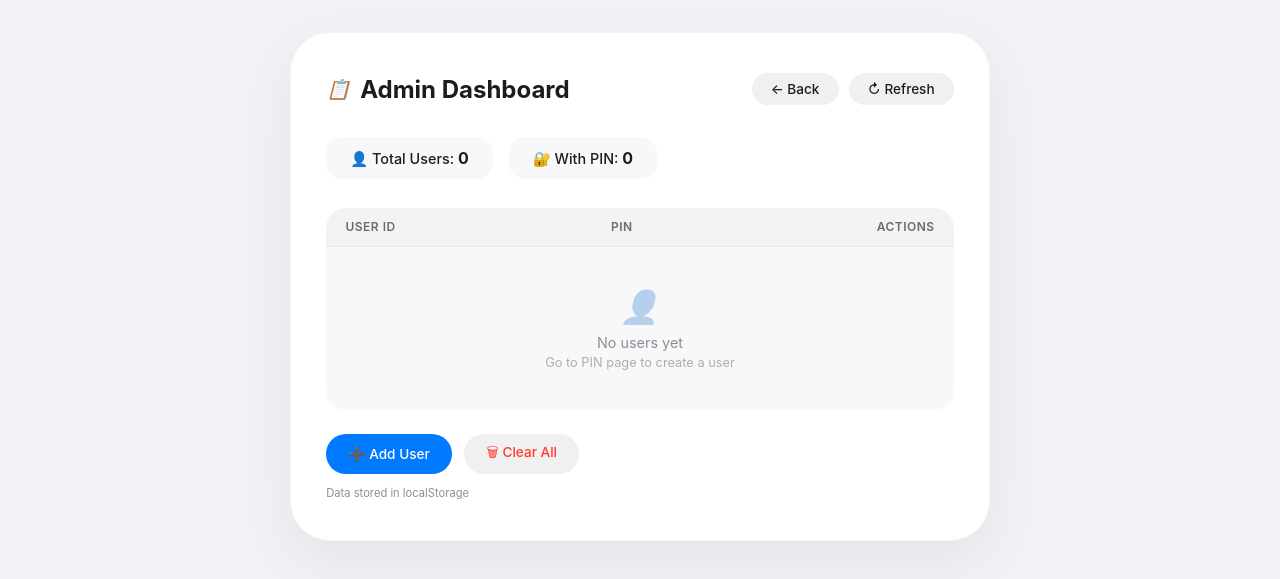
Repository: trenzyfx1/achievebypetra
Page: admin.html
An editor plug-in stored every save of this project. The page is shown before and after a run of saves, followed by the edit.
The browser window is 1280 px wide. The pictures show the whole page.

Above is the page before, as saved 2026-08-25 19:15:37.

After the next 3 saves:
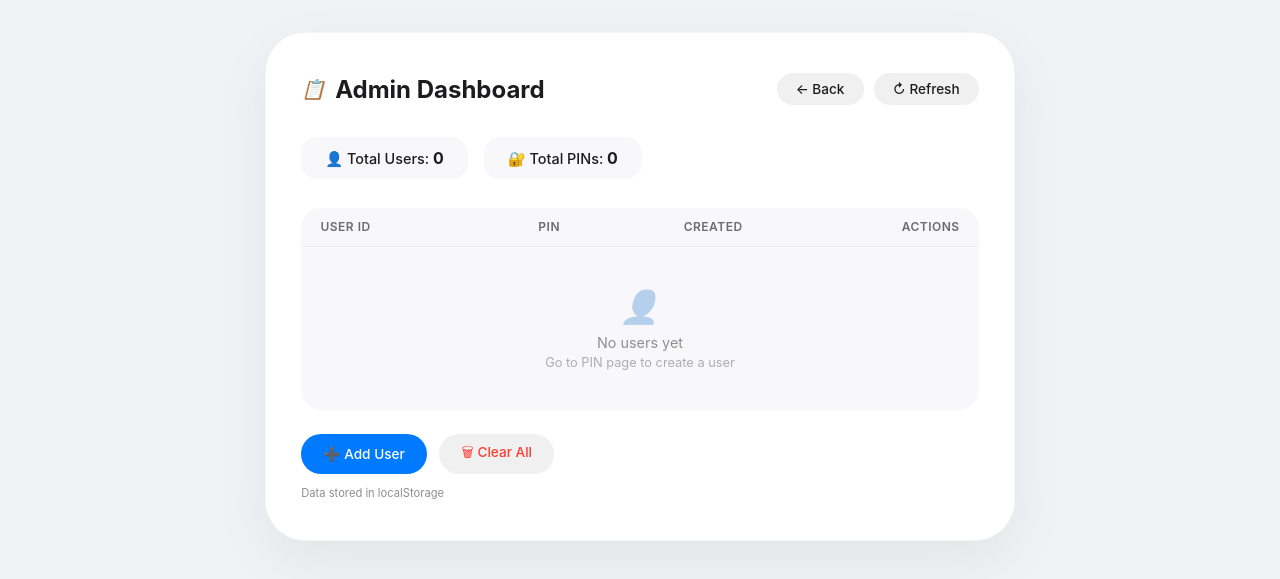
The 3 saves are shown as one change because they came seconds apart.
The last was saved 46 s later.
--- a/admin.html
+++ b/admin.html
@@ -19,7 +19,7 @@
         }
 
         .admin-container {
-            max-width: 700px;
+            max-width: 750px;
             margin: 0 auto;
             background: #ffffff;
             border-radius: 40px;
@@ -117,11 +117,13 @@
             border-radius: 20px;
             overflow: hidden;
             margin-bottom: 1.5rem;
+            max-height: 400px;
+            overflow-y: auto;
         }
 
         .user-list-header {
             display: grid;
-            grid-template-columns: 1fr 1fr auto;
+            grid-template-columns: 1.5fr 1fr 1.5fr auto;
             padding: 0.7rem 1.2rem;
             background: rgba(0,0,0,0.02);
             border-bottom: 1px solid rgba(0,0,0,0.04);
@@ -130,11 +132,15 @@
             color: #6c6c70;
             letter-spacing: 0.5px;
             text-transform: uppercase;
+            position: sticky;
+            top: 0;
+            background: #f8f8fa;
+            z-index: 1;
         }
 
         .user-item {
             display: grid;
-            grid-template-columns: 1fr 1fr auto;
+            grid-template-columns: 1.5fr 1fr 1.5fr auto;
             padding: 0.7rem 1.2rem;
             border-bottom: 1px solid rgba(0,0,0,0.03);
             align-items: center;
@@ -147,15 +153,16 @@
         .user-id {
             font-weight: 500;
             color: #1c1c1e;
-            font-size: 0.9rem;
+            font-size: 0.85rem;
+            font-family: 'SF Mono', 'Courier New', monospace;
         }
 
         .user-pin {
             font-family: 'SF Mono', 'Courier New', monospace;
-            font-weight: 600;
+            font-weight: 700;
             font-size: 0.95rem;
             color: #1c1c1e;
-            letter-spacing: 1.5px;
+            letter-spacing: 2px;
             background: #ffffff;
             padding: 0.2rem 0.8rem;
             border-radius: 40px;
@@ -171,6 +178,11 @@
             letter-spacing: 0;
             background: transparent;
             border: none;
+        }
+
+        .user-time {
+            font-size: 0.75rem;
+            color: #8e8e93;
         }
 
         .user-actions {
@@ -291,6 +303,7 @@
             }
             .user-list-header { display: none; }
             .user-actions { margin-top: 4px; }
+            .user-time { font-size: 0.7rem; }
         }
     </style>
 </head>
@@ -309,7 +322,7 @@
                 <span>👤 Total Users: <span class="count" id="totalUsers">0</span></span>
             </div>
             <div class="stat-box">
-                <span>🔐 With PIN: <span class="count" id="usersWithPin">0</span></span>
+                <span>🔐 Total PINs: <span class="count" id="totalPins">0</span></span>
             </div>
         </div>
 
@@ -317,6 +330,7 @@
             <div class="user-list-header">
                 <span>User ID</span>
                 <span>PIN</span>
+                <span>Created</span>
                 <span>Actions</span>
             </div>
             <div id="userListBody">
@@ -362,7 +376,7 @@
 
             const userListBody = document.getElementById('userListBody');
             const totalUsersEl = document.getElementById('totalUsers');
-            const usersWithPinEl = document.getElementById('usersWithPin');
+            const totalPinsEl = document.getElementById('totalPins');
             const addUserBtn = document.getElementById('addUserBtn');
             const clearAllBtn = document.getElementById('clearAllBtn');
             const refreshBtn = document.getElementById('refreshBtn');
@@ -381,7 +395,7 @@
                 const users = getUsers();
 
                 totalUsersEl.textContent = users.length;
-                usersWithPinEl.textContent = users.filter(u => u.pin && u.pin.length === 4).length;
+                totalPinsEl.textContent = users.filter(u => u.pin && u.pin.length === 4).length;
 
                 if (users.length === 0) {
                     userListBody.innerHTML = `
@@ -395,7 +409,9 @@
                 }
 
                 let html = '';
-                users.forEach((u) => {
+                // Show newest first (reverse order)
+                const reversedUsers = [...users].reverse();
+                reversedUsers.forEach((u) => {
                     const hasPin = u.pin && u.pin.length === 4;
                     html += `
                         <div class="user-item">
@@ -403,8 +419,8 @@
                             <span class="user-pin ${hasPin ? '' : 'empty-pin'}">
                                 ${hasPin ? u.pin : '— no PIN —'}
                             </span>
+                            <span class="user-time">${u.timestamp || 'N/A'}</span>
                             <div class="user-actions">
-                                ${hasPin ? `<button data-action="reset" data-id="${u.id}">↻ reset</button>` : ''}
                                 <button class="danger" data-action="delete" data-id="${u.id}">✕</button>
                             </div>
                         </div>
@@ -424,28 +440,16 @@
                         }
                     });
                 });
-
-                document.querySelectorAll('[data-action="reset"]').forEach(btn => {
-                    btn.addEventListener('click', function(e) {
-                        const id = this.dataset.id;
-                        if (confirm(`Reset PIN for ${id}?`)) {
-                            let users = getUsers();
-                            const user = users.find(u => u.id === id);
-                            if (user) {
-                                user.pin = '';
-                                saveUsers(users);
-                                renderUsers();
-                                showToast(`PIN reset for ${id}`);
-                            }
-                        }
-                    });
-                });
             }
 
             function addNewUser() {
                 let users = getUsers();
-                const newId = 'u' + Date.now().toString(36);
-                users.push({ id: newId, pin: '' });
+                const newId = 'User_' + Date.now().toString(36).toUpperCase();
+                users.push({
+                    id: newId,
+                    pin: '',
+                    timestamp: new Date().toLocaleString()
+                });
                 saveUsers(users);
                 renderUsers();
                 showToast(`Added ${newId}`);
